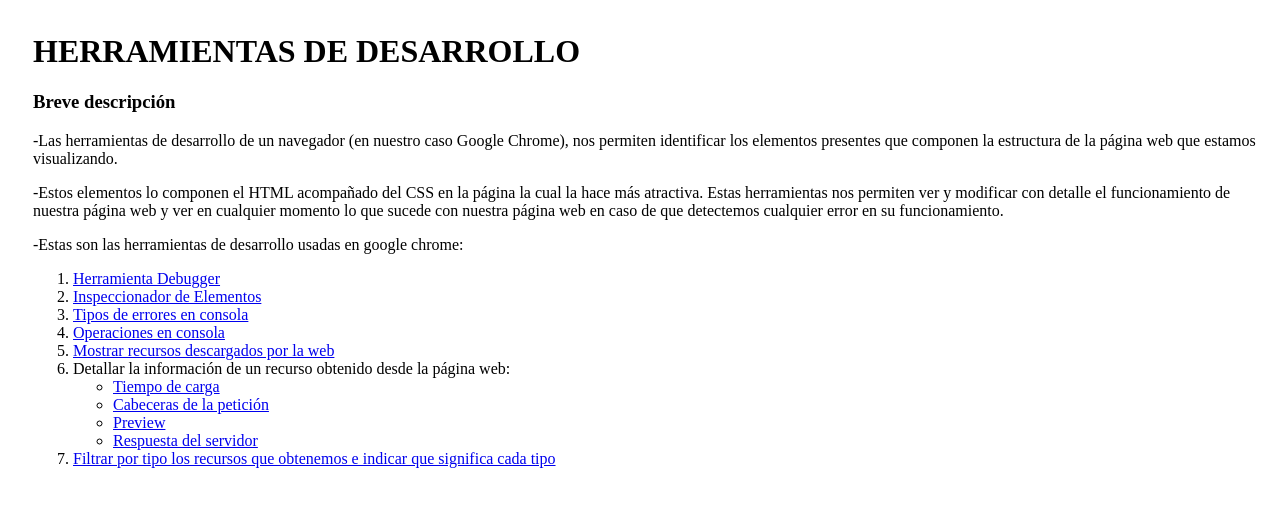
Repository: VictorinoBF97/HerramientasDesarollo
Page: indice.html
These files come from the project's save history. The page is drawn as it stood at one moment and after the next save; the edit follows.
The browser window is 1280 px wide. The pictures show the whole page.

Above is the page before, as saved 2018-11-26 07:12:19.
Not found: main.js

After the next save:
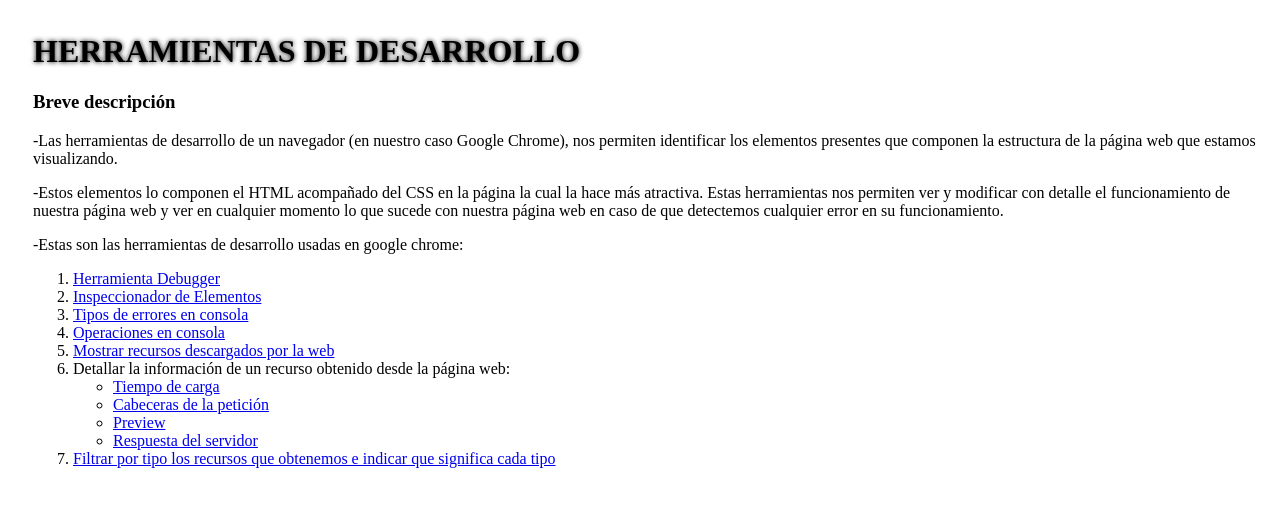
Saved 4 s later.
--- a/indice.html
+++ b/indice.html
@@ -8,7 +8,9 @@
     <link rel="stylesheet" type="text/css" media="screen" href="./css/styles.css" />
     <script src="main.js"></script>
     <style>
-        h1
+        h1{
+            text-shadow: 0px 0px 5px #000;
+        }
     </style>
 </head>
 <body>
